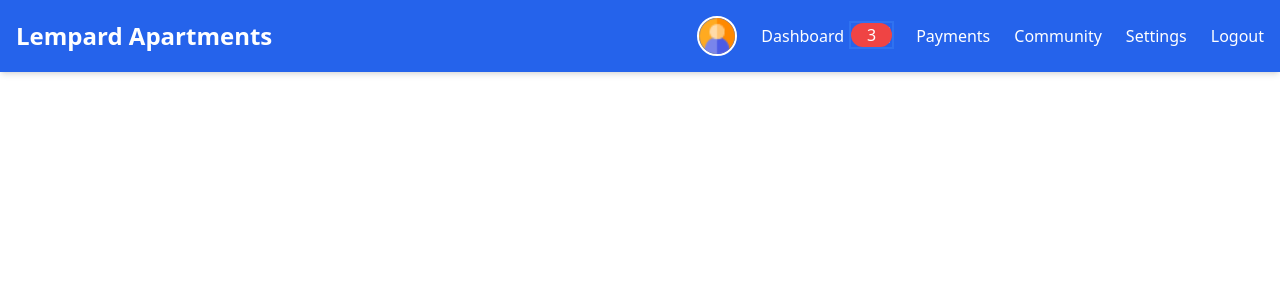
Repository: makanda596/system
Page: /home (app in client/)
The author's editor kept a copy of each file at every save. The page is drawn from the files as they stood at one save, then again after the next save.
The browser window is 1280 px wide. The pictures show the whole page.
The project was rebuilt for these pictures with package versions that can differ from the ones it lists, and the page was loaded fresh each time. Also part of the build but not shown: client/src/SignUpForm.jsx, client/src/LoginForm.jsx. Imported but missing from the stored project, and not drawn on this page: client/src/reportWebVitals.

Above is the page before, as saved 2024-12-03 09:32:07.

After the next save:
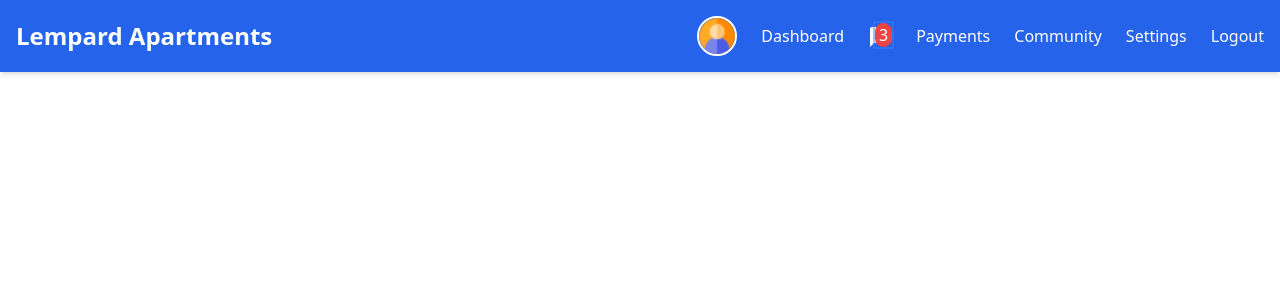
Saved 5 s later.
--- a/client/src/componets/Navbar.jsx
+++ b/client/src/componets/Navbar.jsx
@@ -30,7 +30,7 @@ function Navbar() {
                     <Link to="/dashboard" className="hover:text-blue-300">Dashboard</Link>
                     <div className="relative">
                         <span className="absolute top-0 right-0 inline-block   ring-2 ">
-                            {alert > 0 ? <p className='bg-red-500 rounded-full w-4.5 h-4.5 px-4'>{alert} </p> : <p className='bg-green-500 ring-green'>0</p>}
+                            {alert > 0 ? <p className='bg-red-500 rounded-full w-4.5 h-4.5 px-1'>{alert} </p> : <p className='bg-green-500 ring-green'>0</p>}
                         </span>
                         <AnnouncementIcon />
                     </div>
